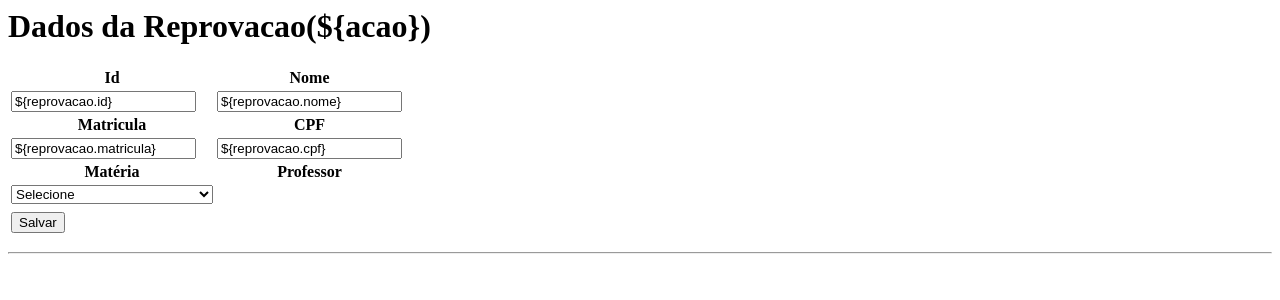
Repository: WilliamEstrela/trabalho1VA-PROG4
Page: CRUDLanManagerV5/WebContent/manterreprovacao/editform.html
An editor plug-in stored every save of this project. The page is shown before and after the next save, followed by the edit.
The browser window is 1280 px wide. The pictures show the whole page.

Above is the page before, as saved 2019-09-05 22:53:02.

### CRUDLanManagerV5/WebContent/manterreprovacao/editform.html
<h1>Dados da Reprovacao(${acao})</h1>
<form action="sistema" method="post">
<input type="hidden" name="casoDeUso" value="manterReprovacao">
<input type="hidden" name="acao" value="${acao}">
<table>
<tr>
	<th>Id</th>
	<th>Nome</th>
</tr>
<tr>
	<td><input type="text" name="idswitch" value="${reprovacao.id}"></td>
	<td><input type="text" name="nome" value="${reprovacao.nome}"></td>
</tr>
<tr>
	<th>Matricula</th>
	<th>CPF</th>
</tr>
<tr>
	<td><input type="text" name="localizacao" value="${reprovacao.matricula}"></td>
	<td><input type="text" name="observacao" value="${reprovacao.cpf}"></td>
</tr>
<tr>
	<th>Matéria</th>
	<th>Professor</th>
</tr>
<tr>
	<td>
		<select name="materia">
		    <option value="">Selecione</option>
			<!-- $beginBlock estrangeiro.materia -->
			<option value="${estrangeiro.materia.id}" ${estrangeiro.materia.selected}>${estrangeiro.materia.materia}</option>
			<!-- $endBlock estrangeiro.materia -->
		</select>
	</td>
</tr>
<tr>
	<td>

	</td>
</tr>
<tr>
	<td colspan="2"><input type="submit" value="Salvar"></td>
</table>
</form>
<hr>
<!-- $include ../geral/mensagemPadrao.html -->

After the next save:
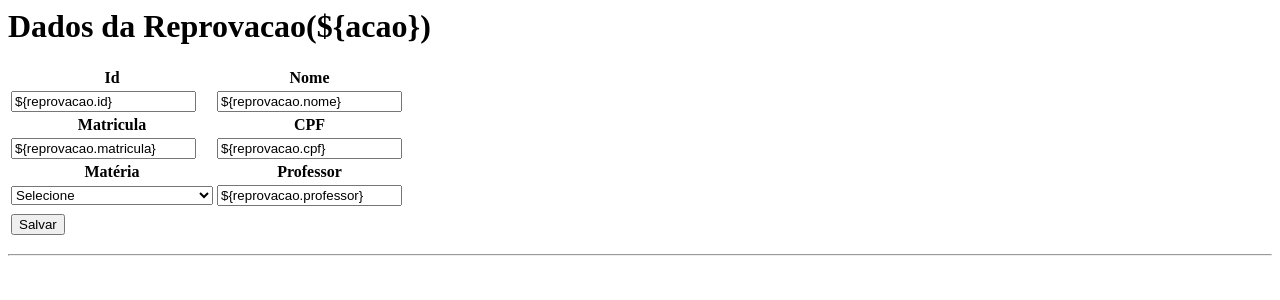
Saved 66 s later.
--- a/CRUDLanManagerV5/WebContent/manterreprovacao/editform.html
+++ b/CRUDLanManagerV5/WebContent/manterreprovacao/editform.html
@@ -25,13 +25,14 @@
 </tr>
 <tr>
 	<td>
-		<select name="materia">
+		<select name="tipo_idtipo">
 		    <option value="">Selecione</option>
 			<!-- $beginBlock estrangeiro.materia -->
 			<option value="${estrangeiro.materia.id}" ${estrangeiro.materia.selected}>${estrangeiro.materia.materia}</option>
 			<!-- $endBlock estrangeiro.materia -->
 		</select>
 	</td>
+	<td><input type="text" name="professor" value="${reprovacao.professor}"></td>
 </tr>
 <tr>
 	<td>
